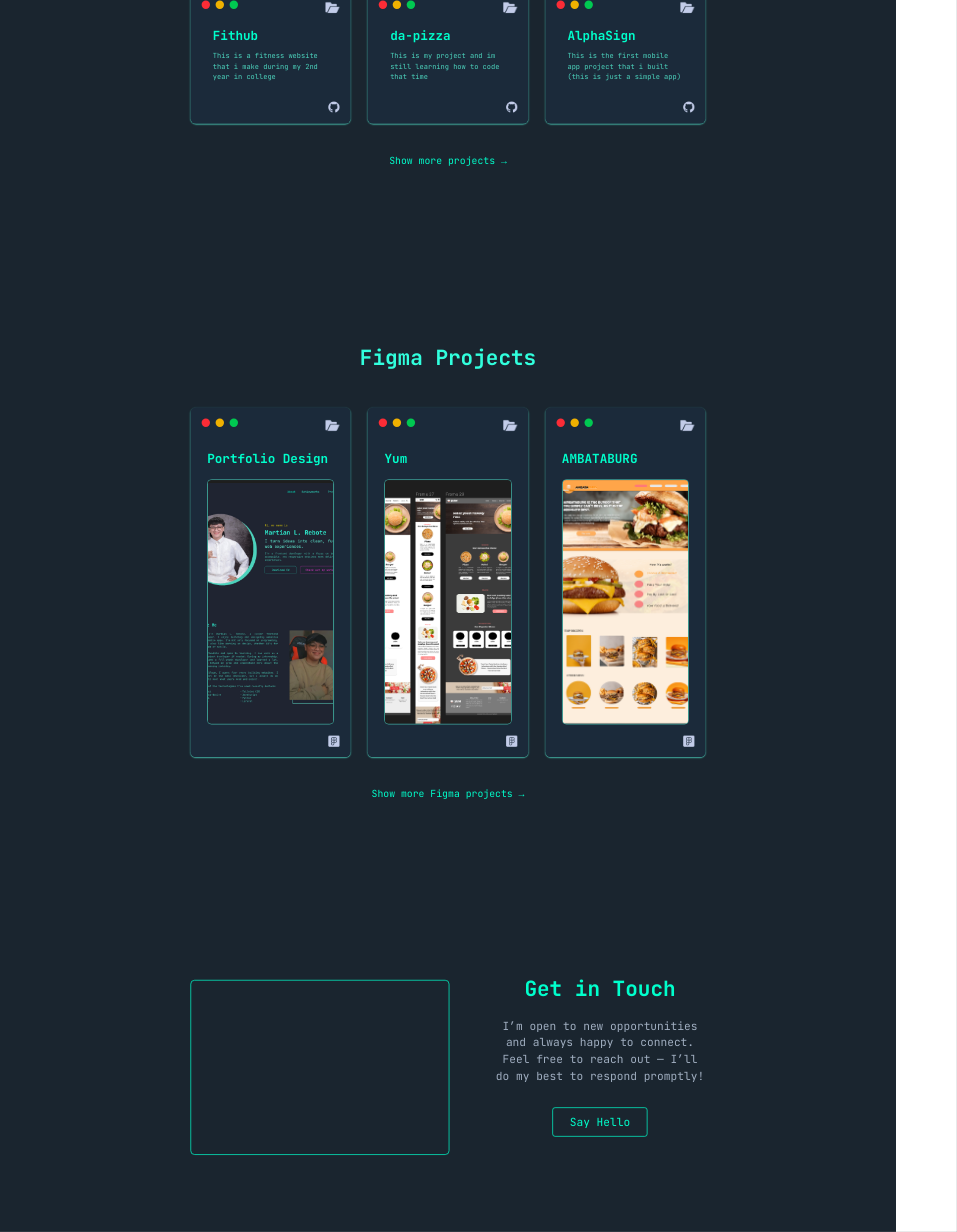
Repository: m4rsu-code/Portfolio
Page: / (app in my-portfolio/)
The author's editor kept a copy of each file at every save. The page is drawn from the files as they stood at one save, then again after the next save.
The browser window is 1280 px wide. The page is 1367 px wide, so the pictures cover 1367 px, including what lies to the right of the window. The pictures show the part of the page from y = 3207 to 4967 px (the page is 4967 px tall), at 70% of full size.
The project was rebuilt for these pictures with package versions that can differ from the ones it lists, and the page was loaded fresh each time. Also part of the build but not shown: my-portfolio/vite.config.js, my-portfolio/src/assets/components/Modal/AchievementModal.jsx, my-portfolio/src/AchievementsPage.jsx, my-portfolio/src/ProjectPage.jsx, my-portfolio/src/FigmaProjectsPage.jsx.

Above is the page before, as saved 2025-08-04 18:17:31.

After the next save:
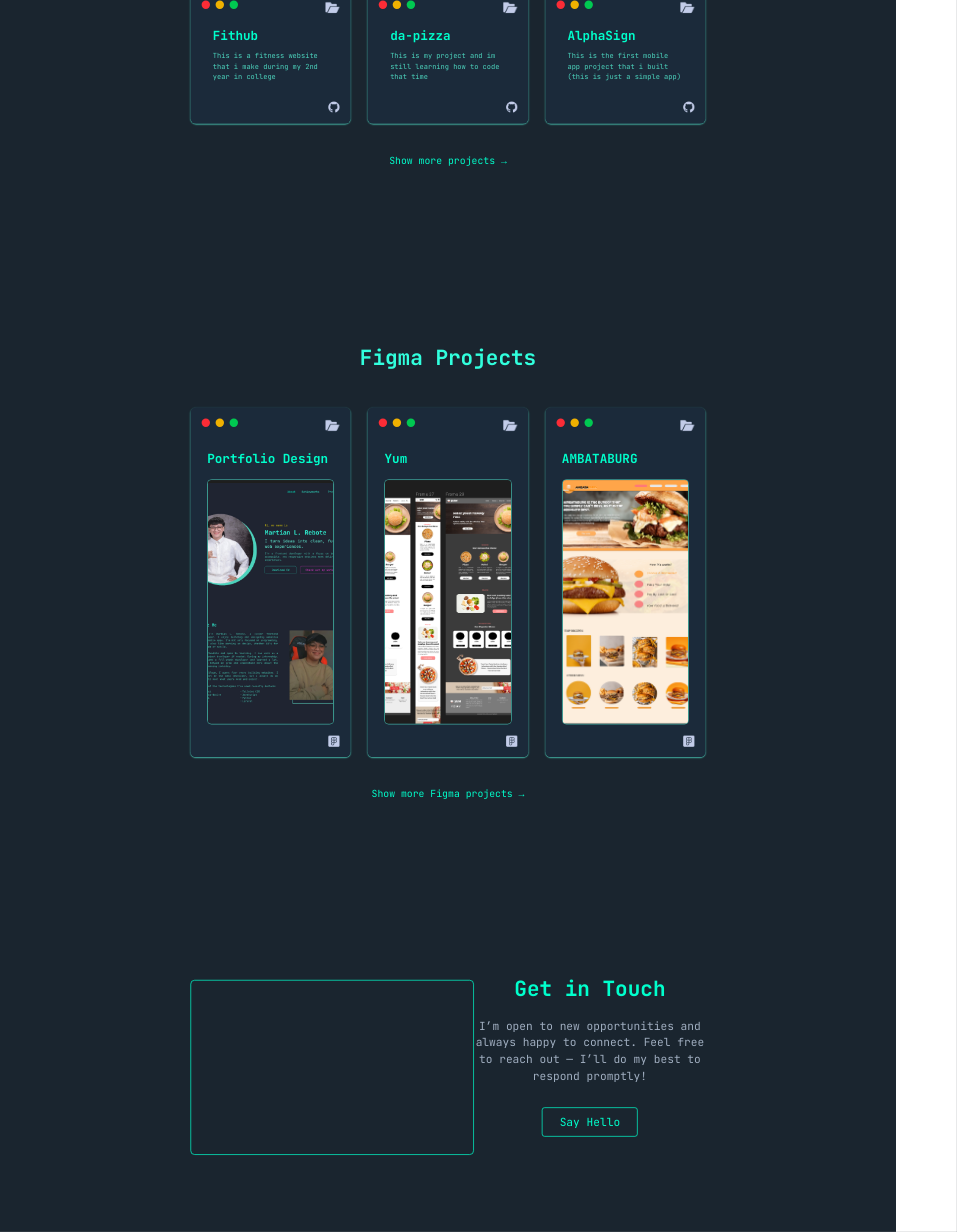
Saved 40 s later.
--- a/my-portfolio/src/App.jsx
+++ b/my-portfolio/src/App.jsx
@@ -333,7 +333,7 @@ function App() {
 
         {/* Contact section */}
         <div className="flex flex-col mt-30 px-8 py-16 font-jetbrains-mono">
-          <div className="flex  items-center justify-center gap-16 max-w-6xl w-full">
+          <div className="flex  items-center justify-center w-full">
 
             {/* Left side — the outlined box */}
             <div className="border border-[#00FFCC] md:w-[900px] md:h-[250px] rounded-md"></div>
